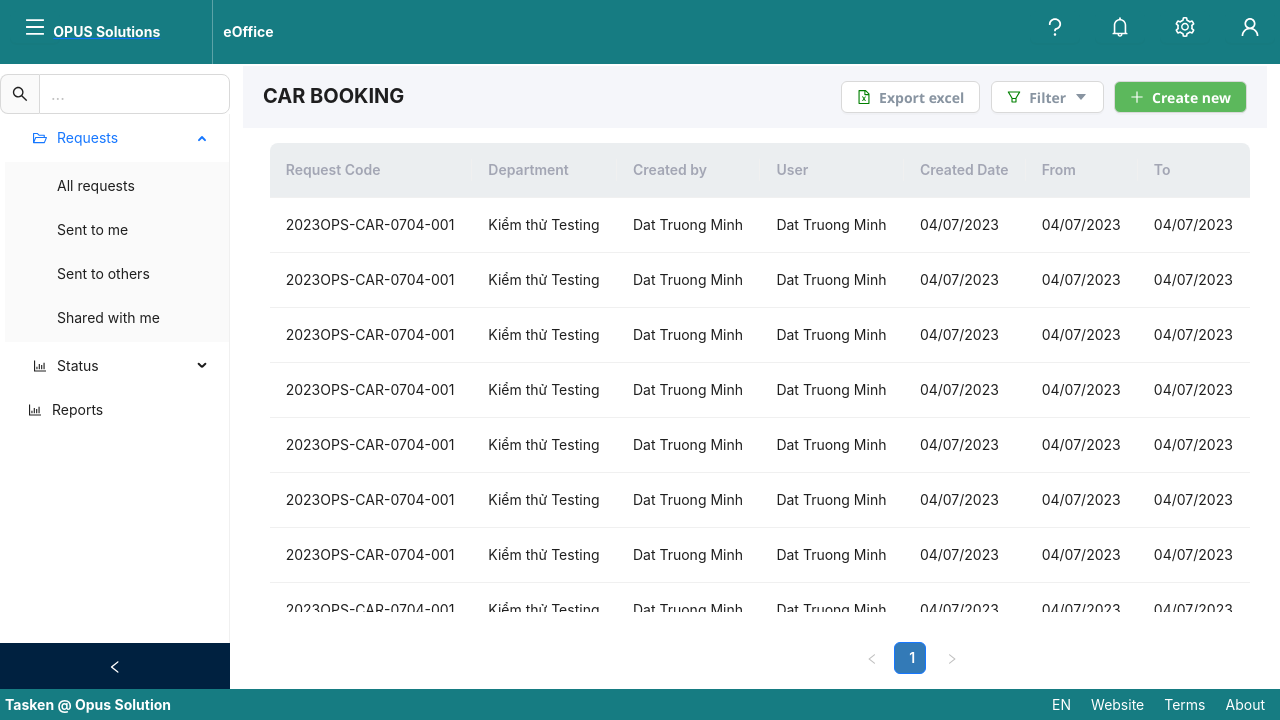
Repository: vannam272008/car-booking
Page: /request/carbooking
These files come from the project's save history. The page is drawn as it stood at one moment and after a run of saves; the edit follows.
The browser window is 1280 px wide. The pictures show the whole page.
The project was rebuilt for these pictures with package versions that can differ from the ones it lists, and the page was loaded fresh each time. Also part of the build but not shown: src/Components/DetailRequest/Comments/comment.css, src/Components/DetailRequest/Comments/comment.tsx, src/Components/DetailRequest/Menu/menu.css, src/Components/DetailRequest/Menu/menu.tsx, src/Components/DetailRequest/DetailRequest/detailRequest.tsx, src/Components/AddRequest/MenuAdd/menuAdd.tsx, src/Components/AddRequest/SendApprover/sendApprover.css, src/Components/AddRequest/SendApprover/sendApprover.tsx and 2 more. Imported but missing from the stored project, and not drawn on this page: src/Pages/Home.

Above is the page before, as saved 2023-07-10 16:26:02.

After the next 3 saves:
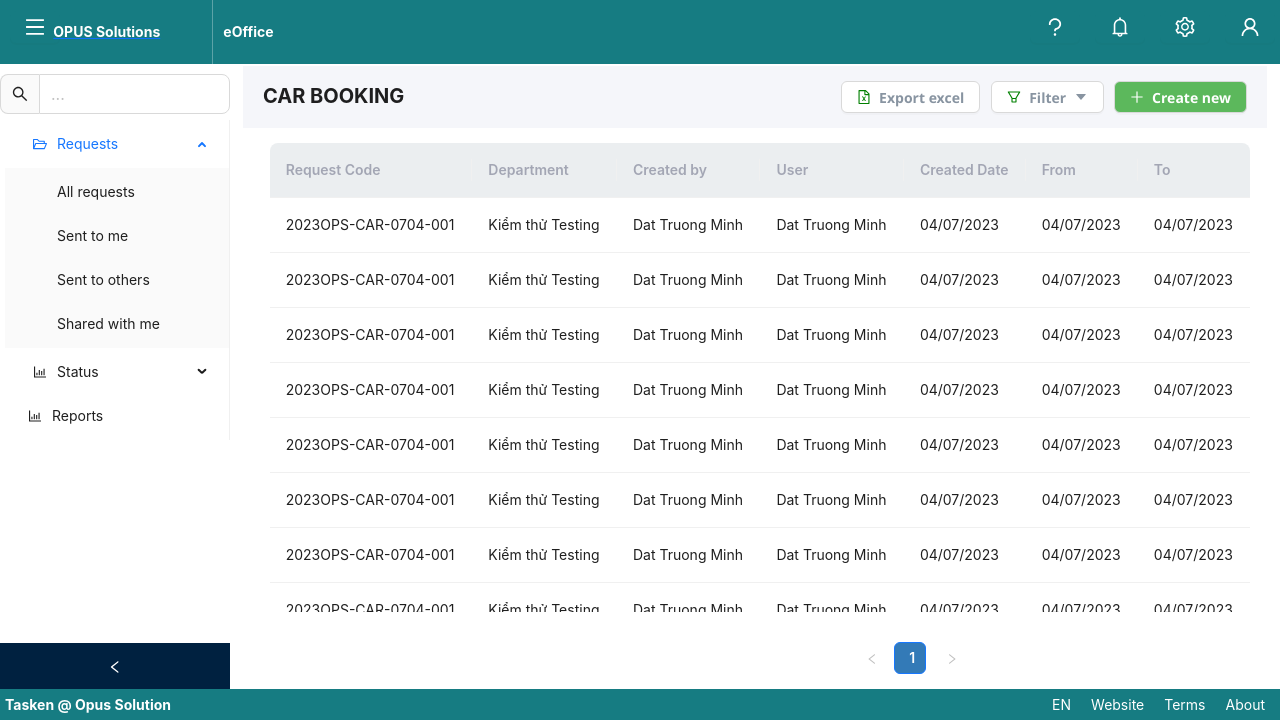
The 3 saves are shown as one change because 2 did not build or start.
The last was saved 34 s later.
--- a/src/Components/AppSider/index.tsx
+++ b/src/Components/AppSider/index.tsx
@@ -1,6 +1,6 @@
 import React, { useState } from 'react';
 import type { MenuProps } from 'antd';
-import { Layout, Menu, theme, Space } from 'antd';
+import { Layout, Menu, theme, Space, Affix } from 'antd';
 import { Input } from 'antd';
 
 import { FolderOpenOutlined, BarChartOutlined, SearchOutlined, SettingOutlined } from '@ant-design/icons';
@@ -71,18 +71,20 @@ const AppSider = (props: any) => {
             <Space.Compact size="large">
                 <Input addonBefore={<SearchOutlined />} placeholder="..." />
             </Space.Compact>
-            <Menu
-                mode="inline"
-                defaultSelectedKeys={[openItem]}
-                defaultOpenKeys={['requests']}
-                openKeys={[openItem]}
-                style={{ height: '100%' }}
-                items={props.profile ? profileItems : items}
-                onClick={handleClick}
-                onOpenChange={(openKey) => {
-                    setOpenItem(openKey[1])
-                }}
-            />
+            <Affix offsetTop={120} onChange={(affixed) => console.log(affixed)}>
+                <Menu
+                    mode="inline"
+                    defaultSelectedKeys={[openItem]}
+                    defaultOpenKeys={['requests']}
+                    openKeys={[openItem]}
+                    style={{ height: '100%' }}
+                    items={props.profile ? profileItems : items}
+                    onClick={handleClick}
+                    onOpenChange={(openKey) => {
+                        setOpenItem(openKey[1])
+                    }}
+                />
+            </Affix>
         </Sider>
 
 
